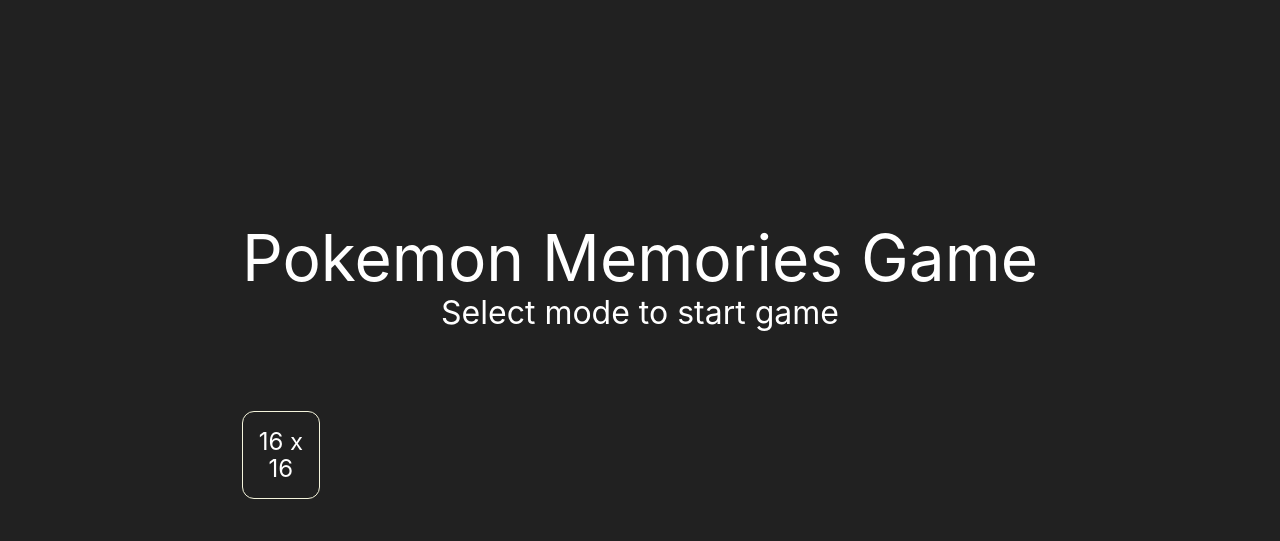
Repository: Kafierence/flip_card
Page: /
An editor plug-in stored every save of this project. The page is shown before and after the next save, followed by the edit.
The browser window is 1280 px wide. The pictures show the whole page.
The project was rebuilt for these pictures with package versions that can differ from the ones it lists, and the page was loaded fresh each time. Also part of the build but not shown: vite.config.js.

Above is the page before, as saved 2022-09-20 14:22:56.

After the next save:
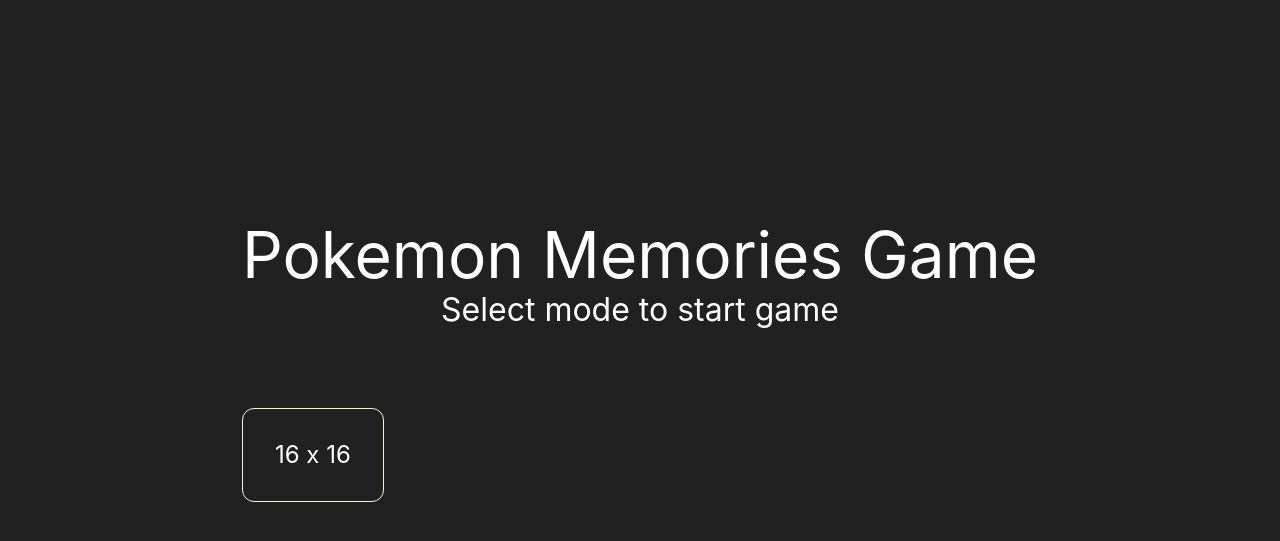
Saved 8 s later.
--- a/src/components/Box.vue
+++ b/src/components/Box.vue
@@ -34,7 +34,7 @@
         align-content: center;
     }
     .box_title{
-        padding: 20% 20%;
+        padding: 2rem 2rem;
         font-size: 24px;
     }
 </style>
